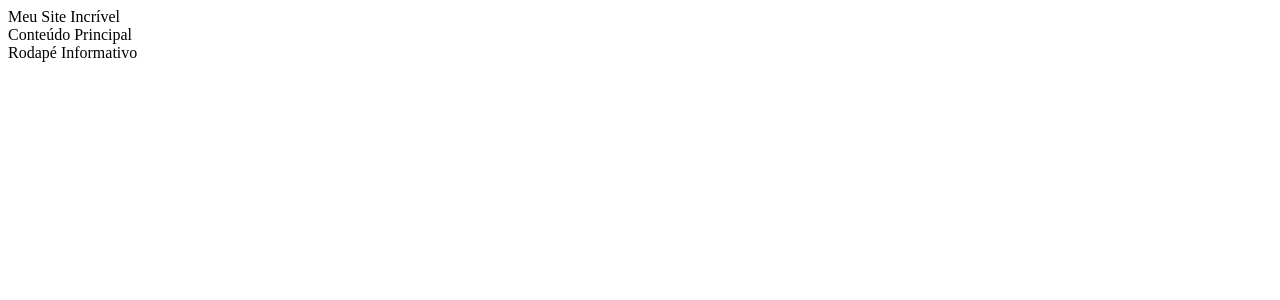
Repository: douglasabnovato/model-lp
Page: index.html
The author's editor kept a copy of each file at every save. The page is drawn from the files as they stood at one save, then again after the next save.
The browser window is 1280 px wide. The pictures show the whole page.

Above is the page before, as saved 2025-02-24 16:36:37.

### index.html
<!DOCTYPE html>
<html lang="pt-br">
<head>
  <meta charset="UTF-8">
  <meta name="viewport" content="width=device-width, initial-scale=1.0">
  <title>Filmes Épicos</title>
</head>
<body>
  <header>Meu Site Incrível</header>
  <main>Conteúdo Principal</main>
  <footer>Rodapé Informativo</footer>
</body>
</html>

### style.css
/* Estilos base para mobile */
body {
    font-family: Arial, sans-serif;
    margin: 0;
  }

  header, main, footer {
    padding: 20px;
  }

  /* Media Query para telas maiores */
  @media (min-width: 768px) {
    body {
      background-color: #f0f0f0;
    }

    header, main, footer {
      max-width: 1200px;
      margin: 0 auto;
    }
  }

After the next save:
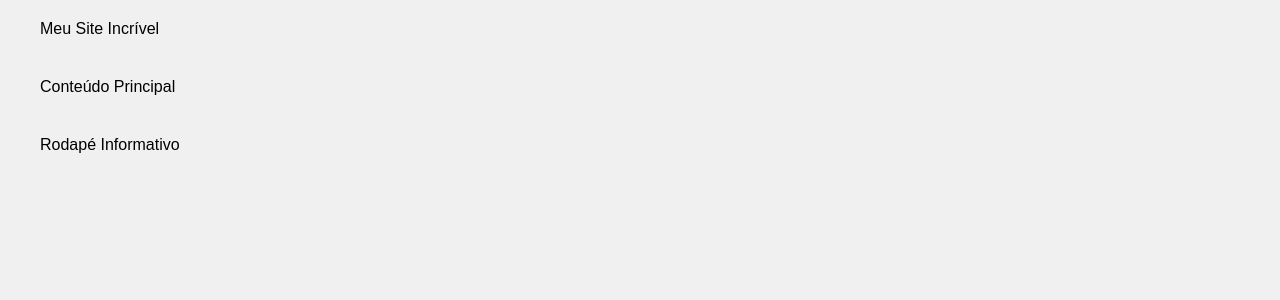
Saved 2 min 20 s later.
--- a/index.html
+++ b/index.html
@@ -4,6 +4,7 @@
   <meta charset="UTF-8">
   <meta name="viewport" content="width=device-width, initial-scale=1.0">
   <title>Filmes Épicos</title>
+  <link rel="stylesheet" type="text/css" href="./style.css" />
 </head>
 <body>
   <header>Meu Site Incrível</header>
